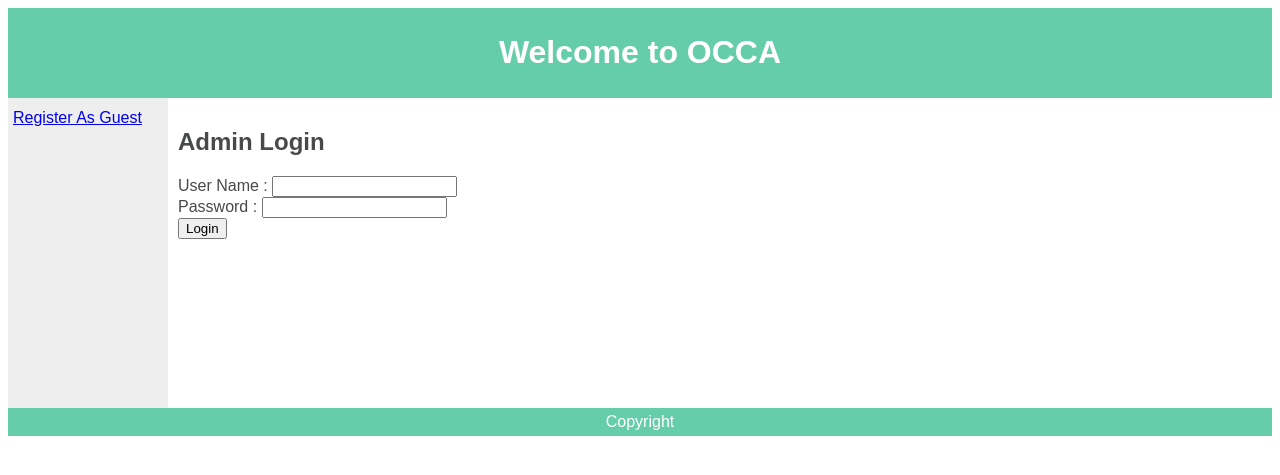
Repository: dreamxia329/TechExercise4830
Page: T3-0325-xia/T3-webProject-Xia/WebContent/login.html
These files come from the project's save history. The page is drawn as it stood at one moment and after the next save; the edit follows.
The browser window is 1280 px wide. The pictures show the whole page.

Above is the page before, as saved 2022-03-31 17:18:33.

After the next save:
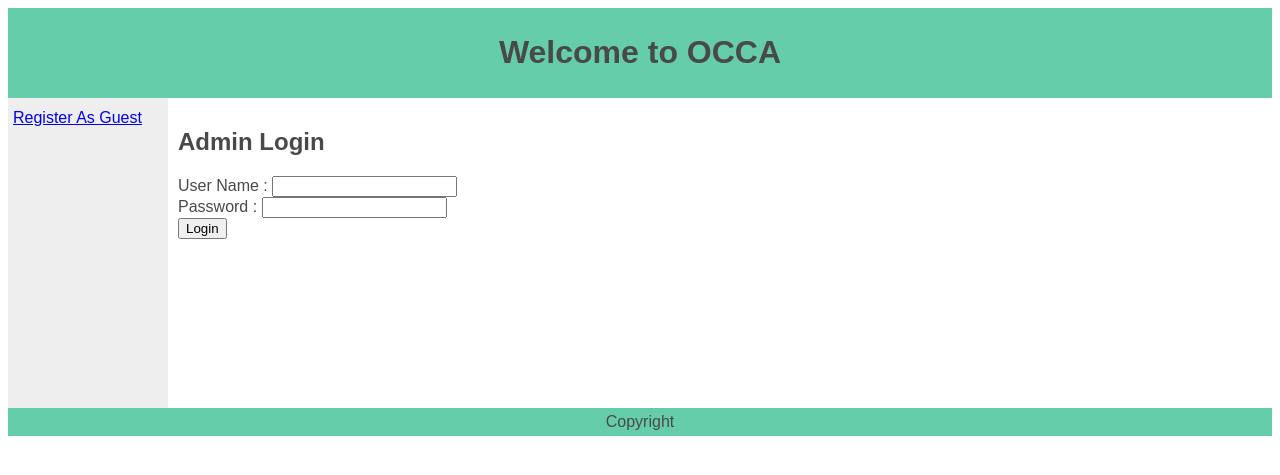
Saved 113 s later.
--- a/T3-0325-xia/T3-webProject-Xia/WebContent/login.html
+++ b/T3-0325-xia/T3-webProject-Xia/WebContent/login.html
@@ -9,7 +9,7 @@ body {
 
 header {
 	background-color: #66CDAA;
-	color: white;
+	color: #48494a;
 	text-align: center;
 	padding: 5px;
 }
@@ -31,7 +31,7 @@ section {
 
 footer {
 	background-color: #66CDAA;
-	color: white;
+	color: #48494a;
 	clear: both;
 	text-align: center;
 	padding: 5px;
